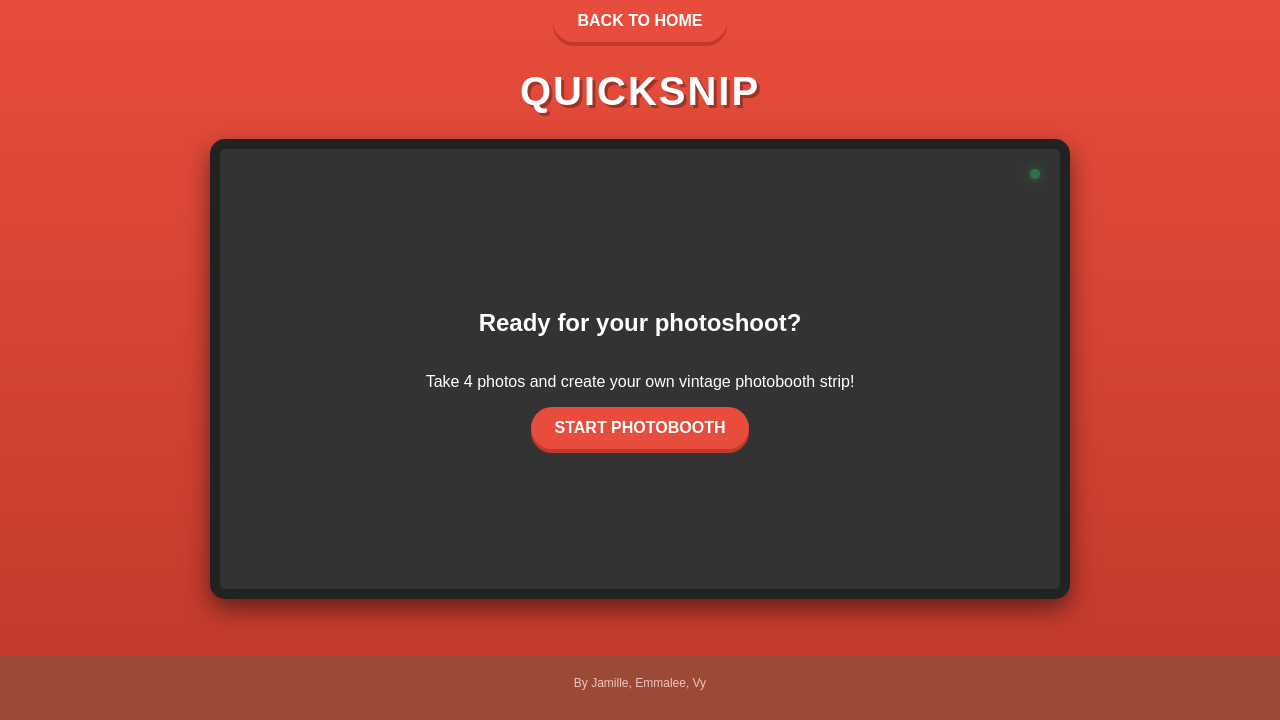
Repository: Strawb3rryjam/QuickSnip
Page: photobooth.html
These files come from the project's save history. The page is drawn as it stood at one moment and after the next save; the edit follows.
The browser window is 1280 px wide. The pictures show the whole page.
Some web fonts or font styles are not loaded; a fallback is used.

Above is the page before, as saved 2025-05-08 15:43:58.

### photobooth.html
<!DOCTYPE html>
<html lang="en">

<head>
    <meta charset="UTF-8">
    <meta name="viewport" content="width=device-width, initial-scale=1.0">
    <title>Retro Photobooth</title>
    <link rel="stylesheet" href="styles.css">

    <!--Font-->
    <link rel="preconnect" href="https://fonts.googleapis.com">
    <link rel="preconnect" href="https://fonts.gstatic.com" crossorigin>
    <link href="https://fonts.googleapis.com/css2?family=Titan+One&display=swap" rel="stylesheet">
</head>

<body>
    <a href="index.html"><button id="home">Back to Home</button></a>


    <h1>QUICKSNIP</h1>
    <div class="container">
        <div class="retro-light"></div>

        <div class="start-screen" id="startScreen">

            <h2>Ready for your photoshoot?</h2>
            <p>Take 4 photos and create your own vintage photobooth strip!</p>
            <button id="startButton">Start Photobooth</button>
        </div>

        <div class="camera-container" id="cameraContainer">
            <video id="camera" autoplay playsinline></video>
            <div class="countdown" id="countdown"></div>
            <div class="flash" id="flash"></div>
            <div class="loading-message" id="loadingMessage">Initializing camera...</div>
        </div>

        <div class="controls" id="cameraControls" style="display: none;">
            <button id="captureButton">Take Photos</button>
        </div>

        <div class="photostrip-container" id="photostripContainer">
            <div class="photostrip" id="photostrip">
                <div class="photostrip-branding">Retro Photobooth - April 28, 2025</div>
            </div>

            <div class="editor-tools">
                <div>
                    <h3>Border Color</h3>
                    <div class="color-picker" id="colorPicker">
                        <div class="color selected" style="background-color: white;" data-color="white"></div>
                        <div class="color" style="background-color: #ffcc00;" data-color="#ffcc00"></div>
                        <div class="color" style="background-color: #ff6b6b;" data-color="#ff6b6b"></div>
                        <div class="color" style="background-color: #48dbfb;" data-color="#48dbfb"></div>
                        <div class="color" style="background-color: #1dd1a1;" data-color="#1dd1a1"></div>
                        <div class="color" style="background-color: #f368e0;" data-color="#f368e0"></div>
                        <div class="color" style="background-color: #ff9f43;" data-color="#ff9f43"></div>
                        <div class="color" style="background-color: black;" data-color="black"></div>
                    </div>
                </div>

                <div>
                    <h3>Add Stickers</h3>
                    <div class="stickers" id="stickerPicker">
                        <div class="sticker">⭐</div>
                        <div class="sticker">❤️</div>
                        <div class="sticker">🌈</div>
                        <div class="sticker">😎</div>
                        <div class="sticker">🎉</div>
                        <div class="sticker">✨</div>
                        <div class="sticker">💯</div>
                        <div class="sticker">🔥</div>
                        <div class="sticker">👑</div>
                        <div class="sticker">🦄</div>
                    </div>
                </div>

                <button id="downloadButton">Download Photostrip</button>
                <button id="resetButton">Take New Photos</button>
            </div>
        </div>
    </div>

    <div id="copyright">By Jamille, Emmalee, Vy</div>

    <script src="https://cdnjs.cloudflare.com/ajax/libs/html2canvas/1.4.1/html2canvas.min.js"></script>
    <script src="scripts.js"></script>
</body>

</html>

### styles.css
body {
  font-family: 'titan-one-regular', sans-serif;
  background-color: #f0f0f0;
  margin: 0;
  padding: 0;
  display: flex;
  flex-direction: column;
  align-items: center;
  min-height: 100vh;
  background-image: linear-gradient(to bottom, #e74c3c, #c0392b);
  color: white;
  text-align: center;
}

h1 {
  font-family: 'titan-one-regular', sans-serif;
  letter-spacing: 2px;
  font-size: 2.5rem;
  text-shadow: 3px 3px 0px rgba(0, 0, 0, 0.3);
  margin-bottom: 5px;
}


.photobooth-exterior {
  position: relative;
  width: 100vw;
  height: 100vh;
  overflow: hidden;
  display: flex;
  justify-content: center;
  align-items: center;
}



.entrance {
  position: absolute;
  top: 0;
  left: 0;
  width: 100%;
  height: 100%;
  object-fit: cover;
  object-position: center;
  z-index: -1;
}




#curtain {
  position: absolute;
  width: 20vw; /* Responsive width */
  height: 428px; /* Let it scale proportionally */
  left: 50%; /* Center-ish position */
  top: 35%;  /* Adjust as needed */
  transform: translate(-30%, -14%); /* Centers the image on its position point */
  object-fit: contain;
  cursor: pointer;
  z-index: 1; /* Above entrance image */
}






.container {
  max-width: 800px;
  width: 95%;
  background-color: #333;
  border-radius: 15px;
  padding: 20px;
  box-shadow: 0 10px 25px rgba(0, 0, 0, 0.5);
  margin: 20px 0;
  border: 10px solid #222;
  position: relative;
}

.start-screen {
  display: flex;
  flex-direction: column;
  align-items: center;
  justify-content: center;
  height: 400px;
}

.camera-container {
  position: relative;
  margin: 0 auto;
  width: 100%;
  max-width: 640px;
  border-radius: 8px;
  overflow: hidden;
  display: none;
}

#camera {
  width: 100%;
  height: auto;
  background-color: #222;
  border-radius: 8px;
  transform: scaleX(-1);
}

.controls {
  margin-top: 20px;
  display: flex;
  justify-content: center;
  flex-wrap: wrap;
  gap: 10px;
}

button {
  background-color: #e74c3c;
  color: white;
  border: none;
  padding: 12px 24px;
  font-size: 16px;
  border-radius: 30px;
  cursor: pointer;
  transition: all 0.3s;
  font-weight: bold;
  box-shadow: 0 4px 0 #c0392b;
  text-transform: uppercase;
}

button:hover {
  background-color: #c0392b;
  box-shadow: 0 2px 0 #9e2a1e;
  transform: translateY(2px);
}

button:active {
  transform: translateY(4px);
  box-shadow: none;
}

button:disabled {
  background-color: #999;
  box-shadow: none;
  cursor: not-allowed;
}

.countdown {
  position: absolute;
  top: 50%;
  left: 50%;
  transform: translate(-50%, -50%);
  font-size: 8rem;
  color: white;
  text-shadow: 0 0 10px #000;
  opacity: 0.8;
  display: none;
}

.flash {
  position: absolute;
  top: 0;
  left: 0;
  width: 100%;
  height: 100%;
  background-color: white;
  opacity: 0;
  transition: opacity 0.1s;
}

.photostrip-container {
  display: none;
  flex-direction: column;
  align-items: center;
  width: 100%;
}

.photostrip {
  display: flex;
  flex-direction: column;
  gap: 10px;
  background-color: white;
  padding: 20px;
  width: 240px;
  border-radius: 5px;
  box-shadow: 0 0 10px rgba(0,0,0,0.5);
  margin-bottom: 20px;
  position: relative;
}

.photostrip img {
  width: 100%;
  height: auto;
  border: 1px solid #ddd;
}

.photostrip-branding {
  color: #333;
  font-size: 12px;
  margin-top: 10px;
  text-align: center;
  font-family: 'Courier New', monospace;
}

.editor-tools {
  display: flex;
  flex-wrap: wrap;
  justify-content: center;
  gap: 10px;
  margin-top: 20px;
  width: 100%;
}

.color-picker {
  display: flex;
  flex-wrap: wrap;
  justify-content: center;
  gap: 5px;
  margin-bottom: 15px;
}

.color {
  width: 30px;
  height: 30px;
  border-radius: 50%;
  cursor: pointer;
  border: 2px solid transparent;
  transition: transform 0.2s;
}

.color:hover {
  transform: scale(1.2);
}

.color.selected {
  border: 2px solid white;
  box-shadow: 0 0 5px rgba(0,0,0,0.5);
}

.stickers {
  display: flex;
  flex-wrap: wrap;
  justify-content: center;
  gap: 10px;
  margin-bottom: 15px;
}

.sticker {
  font-size: 24px;
  cursor: pointer;
  background-color: rgba(255, 255, 255, 0.2);
  border-radius: 5px;
  padding: 5px;
  transition: transform 0.2s;
}

.sticker:hover {
  transform: scale(1.2);
}

.draggable-sticker {
  position: absolute;
  cursor: move;
  user-select: none;
  font-size: 24px;
}

.retro-light {
  position: absolute;
  width: 10px;
  height: 10px;
  background-color: #2ecc71;
  border-radius: 50%;
  top: 20px;
  right: 20px;
  box-shadow: 0 0 10px #2ecc71;
  animation: blink 2s infinite;
}

@keyframes blink {
  0%, 100% { opacity: 1; }
  50% { opacity: 0.4; }
}

.loading-message {
  font-size: 1.2rem;
  margin-bottom: 20px;
  animation: pulse 1.5s infinite;
}

@keyframes pulse {
  0%, 100% { opacity: 1; }
  50% { opacity: 0.5; }
}

#copyright {
  position: fixed;
  bottom: 0;
  left: 0;
  width: 100%;
  margin-top: 0; /* Remove margin-top */
  font-size: 12px;
  opacity: 0.7;
  text-align: center; /* Center the text */
  background-color: #8C523B; /* Optional: Add background color to make it stand out */
  padding-top: 20px; /* Optional: Adjust padding for spacing */
  padding-bottom: 30px;
}

### scripts.js
document.addEventListener("DOMContentLoaded", () => {
  // DOM Elements
  const curtain = document.getElementById("curtain");

  if (curtain) {
    const frames = [
      "assets/curtain1.svg",
      "assets/curtain2.svg",
      "assets/curtain3.svg",
      "assets/curtain4.svg",
    ];

    let interval = 0;

    function animateCurtain(forward = true) {
      let index = forward ? 0 : frames.length - 1;
      clearInterval(interval);
      interval = setInterval(() => {
        curtain.src = frames[index];
        index = forward ? index + 1 : index - 1;
        if (index < 0 || index >= frames.length) clearInterval(interval);
      }, 100);
    }

    curtain.addEventListener("mouseenter", () => animateCurtain(true));
    curtain.addEventListener("mouseleave", () => animateCurtain(false));

    // 👉 Navigate to photobooth.html on click
    curtain.addEventListener("click", () => {
      window.location.href = "photobooth.html";
    });
  } else {
    console.error("Curtain element not found!");
  }

  const startScreen = document.getElementById("startScreen");
  const cameraContainer = document.getElementById("cameraContainer");
  const camera = document.getElementById("camera");
  const captureButton = document.getElementById("captureButton");
  const startButton = document.getElementById("startButton");
  const cameraControls = document.getElementById("cameraControls");
  const countdown = document.getElementById("countdown");
  const flash = document.getElementById("flash");
  const photostripContainer = document.getElementById("photostripContainer");
  const photostrip = document.getElementById("photostrip");
  const downloadButton = document.getElementById("downloadButton");
  const resetButton = document.getElementById("resetButton");
  const colorPicker = document.getElementById("colorPicker");
  const stickerPicker = document.getElementById("stickerPicker");
  const loadingMessage = document.getElementById("loadingMessage");

  // App State
  let stream = null;
  let photosTaken = 0;
  const maxPhotos = 4;
  let photoElements = [];
  let isCountingDown = false;

  // Start the photobooth
  startButton.addEventListener("click", initCamera);

  // Initialize the camera
  async function initCamera() {
    startScreen.style.display = "none";
    cameraContainer.style.display = "block";

    try {
      stream = await navigator.mediaDevices.getUserMedia({
        video: {
          facingMode: "user",
          width: { ideal: 640 },
          height: { ideal: 480 },
        },
        audio: false,
      });

      camera.srcObject = stream;
      loadingMessage.style.display = "none";
      cameraControls.style.display = "flex";
      captureButton.addEventListener("click", startPhotoSequence);
    } catch (err) {
      loadingMessage.textContent = "Camera access denied or not available :(";
      console.error("Error accessing camera:", err);
    }
  }

  // Start the photo taking sequence
  function startPhotoSequence() {
    if (isCountingDown) return;

    isCountingDown = true;
    captureButton.disabled = true;
    startCountdown();
  }

  // Display countdown before taking photo
  function startCountdown() {
    let count = 3;
    countdown.textContent = count;
    countdown.style.display = "block";

    const countInterval = setInterval(() => {
      count--;

      if (count > 0) {
        countdown.textContent = count;
      } else {
        clearInterval(countInterval);
        countdown.style.display = "none";
        takePhoto();
      }
    }, 1000);
  }

  // Take a photo
  function takePhoto() {
    // Create flash effect
    flash.style.opacity = "0.8";
    setTimeout(() => {
      flash.style.opacity = "0";
    }, 100);

    // Create the canvas to capture the photo
    const canvas = document.createElement("canvas");
    const context = canvas.getContext("2d");

    // Set canvas dimensions to match the video
    canvas.width = camera.videoWidth;
    canvas.height = camera.videoHeight;

    // Draw the video frame on the canvas, flip horizontally
    context.translate(canvas.width, 0);
    context.scale(-1, 1);
    context.drawImage(camera, 0, 0, canvas.width, canvas.height);

    // Convert canvas to image
    const imgUrl = canvas.toDataURL("image/jpeg");

    // Add to photostrip
    photosTaken++;
    const photoElement = document.createElement("img");
    photoElement.src = imgUrl;
    photoElement.alt = `Photo ${photosTaken}`;
    photoElements.push(photoElement);

    // Check if we need to take more photos
    if (photosTaken < maxPhotos) {
      // Wait before next photo
      setTimeout(() => {
        isCountingDown = false;
        startCountdown();
      }, 1000);
    } else {
      // We're done taking photos
      finishPhotoSession();
    }
  }

  // Finish photo session and show the photostrip
  function finishPhotoSession() {
    // Stop camera
    if (stream) {
      stream.getTracks().forEach((track) => track.stop());
      stream = null;
    }

    // Hide camera UI
    cameraContainer.style.display = "none";
    cameraControls.style.display = "none";

    // Add photos to photostrip
    for (let i = 0; i < photoElements.length; i++) {
      photostrip.appendChild(photoElements[i]);
    }

    // Show photostrip editor
    photostripContainer.style.display = "flex";

    // Initialize the editing tools
    initEditingTools();
  }

  // Initialize editing tools for photostrip
  function initEditingTools() {
    // Color picker functionality
    colorPicker.querySelectorAll(".color").forEach((colorEl) => {
      colorEl.addEventListener("click", () => {
        // Remove selected class from all colors
        colorPicker.querySelectorAll(".color").forEach((el) => {
          el.classList.remove("selected");
        });

        // Add selected class to clicked color
        colorEl.classList.add("selected");

        // Apply color to photostrip
        const selectedColor = colorEl.getAttribute("data-color");
        photostrip.style.backgroundColor = selectedColor;
      });
    });

    // Sticker functionality
    stickerPicker.querySelectorAll(".sticker").forEach((stickerEl) => {
      stickerEl.addEventListener("click", () => {
        addSticker(stickerEl.textContent);
      });
    });

    // Download button
    downloadButton.addEventListener("click", downloadPhotostrip);

    // Reset button
    resetButton.addEventListener("click", resetPhotobooth);
  }

  // Add a draggable sticker to the photostrip
  function addSticker(emoji) {
    const sticker = document.createElement("div");
    sticker.classList.add("draggable-sticker");
    sticker.textContent = emoji;
    sticker.style.left = "50%";
    sticker.style.top = "50%";
    sticker.style.transform = "translate(-50%, -50%)";
    photostrip.appendChild(sticker);

    // Make sticker draggable
    let isDragging = false;
    let offsetX, offsetY;

    sticker.addEventListener("mousedown", (e) => {
      isDragging = true;
      const rect = sticker.getBoundingClientRect();
      offsetX = e.clientX - rect.left;
      offsetY = e.clientY - rect.top;
      sticker.style.zIndex = "1000";
    });

    document.addEventListener("mousemove", (e) => {
      if (!isDragging) return;

      const photoRect = photostrip.getBoundingClientRect();
      const x = e.clientX - photoRect.left - offsetX;
      const y = e.clientY - photoRect.top - offsetY;

      sticker.style.left = `${x}px`;
      sticker.style.top = `${y}px`;
      sticker.style.transform = "none";
    });

    document.addEventListener("mouseup", () => {
      isDragging = false;
      sticker.style.zIndex = "999";
    });

    // Touch support for mobile
    sticker.addEventListener("touchstart", (e) => {
      isDragging = true;
      const touch = e.touches[0];
      const rect = sticker.getBoundingClientRect();
      offsetX = touch.clientX - rect.left;
      offsetY = touch.clientY - rect.top;
      sticker.style.zIndex = "1000";
      e.preventDefault();
    });

    document.addEventListener("touchmove", (e) => {
      if (!isDragging) return;

      const touch = e.touches[0];
      const photoRect = photostrip.getBoundingClientRect();
      const x = touch.clientX - photoRect.left - offsetX;
      const y = touch.clientY - photoRect.top - offsetY;

      sticker.style.left = `${x}px`;
      sticker.style.top = `${y}px`;
      sticker.style.transform = "none";
      e.preventDefault();
    });

    document.addEventListener("touchend", () => {
      isDragging = false;
      sticker.style.zIndex = "999";
    });
  }

  // Download the photostrip
  function downloadPhotostrip() {
    html2canvas(photostrip).then((canvas) => {
      const link = document.createElement("a");
      link.download = "retro-photostrip.jpg";
      link.href = canvas.toDataURL("image/jpeg", 0.8);
      link.click();
    });
  }

  // Reset the photobooth to start again
  function resetPhotobooth() {
    // Reset counters and arrays
    photosTaken = 0;
    photoElements = [];

    // Clear the photostrip
    const photos = photostrip.querySelectorAll("img");
    const stickers = photostrip.querySelectorAll(".draggable-sticker");

    photos.forEach((photo) => photo.remove());
    stickers.forEach((sticker) => sticker.remove());

    // Reset photostrip color
    photostrip.style.backgroundColor = "white";
    colorPicker.querySelectorAll(".color").forEach((el) => {
      el.classList.remove("selected");
    });
    colorPicker.querySelector('[data-color="white"]').classList.add("selected");

    // Hide photostrip and show start screen
    photostripContainer.style.display = "none";
    startScreen.style.display = "flex";

    // Reset buttons
    captureButton.disabled = false;
    isCountingDown = false;
  }
});

After the next save:
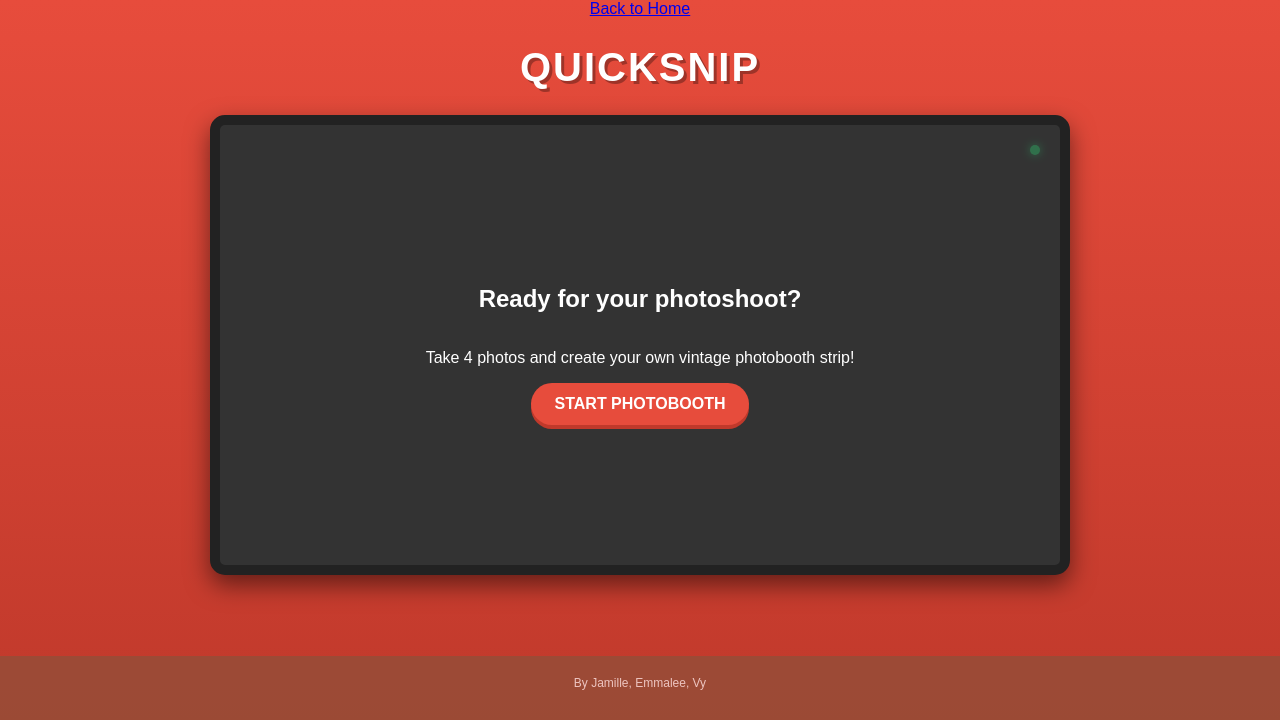
Saved 6 s later.
--- a/photobooth.html
+++ b/photobooth.html
@@ -14,7 +14,7 @@
 </head>
 
 <body>
-    <a href="index.html"><button id="home">Back to Home</button></a>
+    <a href="index.html" id="home" class="button">Back to Home</a>
 
 
     <h1>QUICKSNIP</h1>
